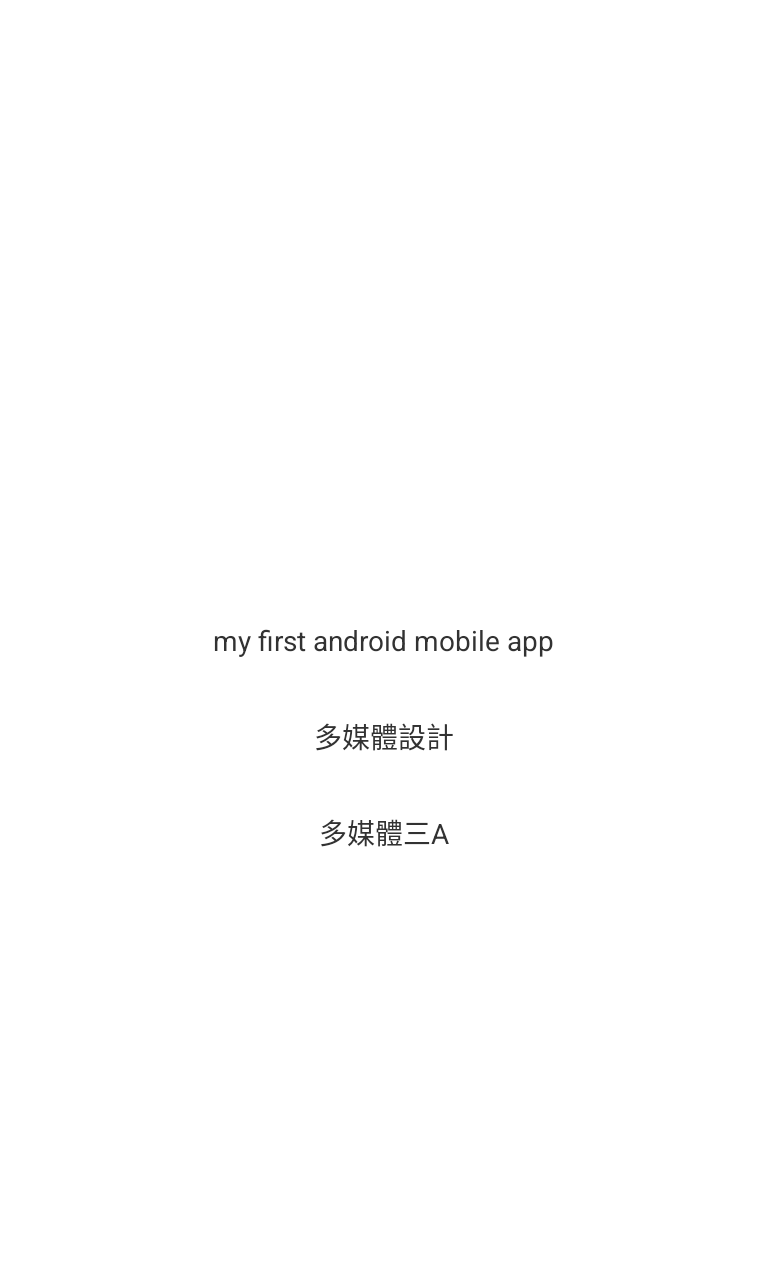
Repository: ericluo1123/myAndroidCode
Layout: myAndroidProject/res/layout/activity_main.xml
The author's editor kept a copy of each file at every save. The layout is drawn from the files as they stood at one save, then again after the next save.
It is drawn on a 768 x 1280 px phone screen (xhdpi) without system bars, with theme AppTheme; the app's code is not run.

Above is the layout before, as saved 2014-09-25 07:14:04.

After the next save:
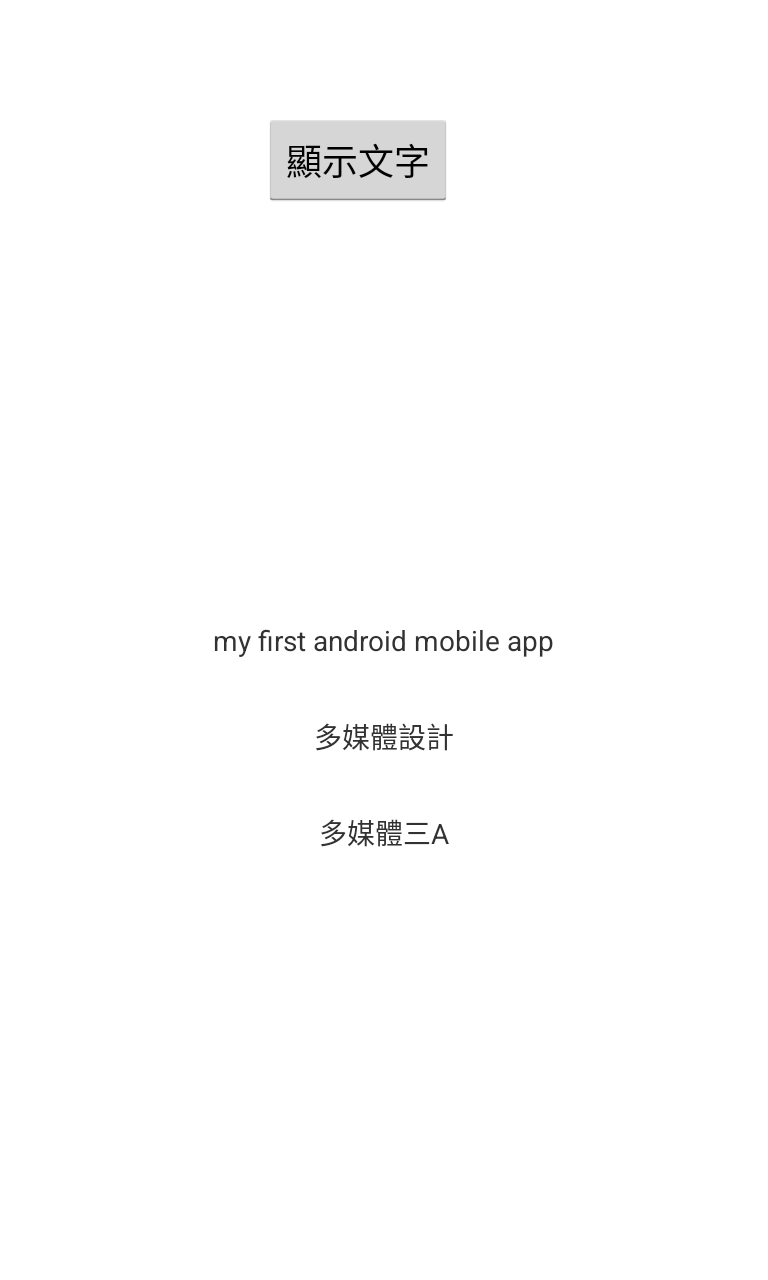
Saved 7 min 34 s later.
--- a/myAndroidProject/res/layout/activity_main.xml
+++ b/myAndroidProject/res/layout/activity_main.xml
@@ -34,4 +34,13 @@
         android:layout_marginTop="27dp"
         android:text="@string/Text" />
 
+    <Button
+        android:id="@+id/button1"
+        android:layout_width="wrap_content"
+        android:layout_height="wrap_content"
+        android:layout_alignParentTop="true"
+        android:layout_alignRight="@+id/textView1"
+        android:layout_marginTop="40dp"
+        android:text="顯示文字" />
+
 </RelativeLayout>
